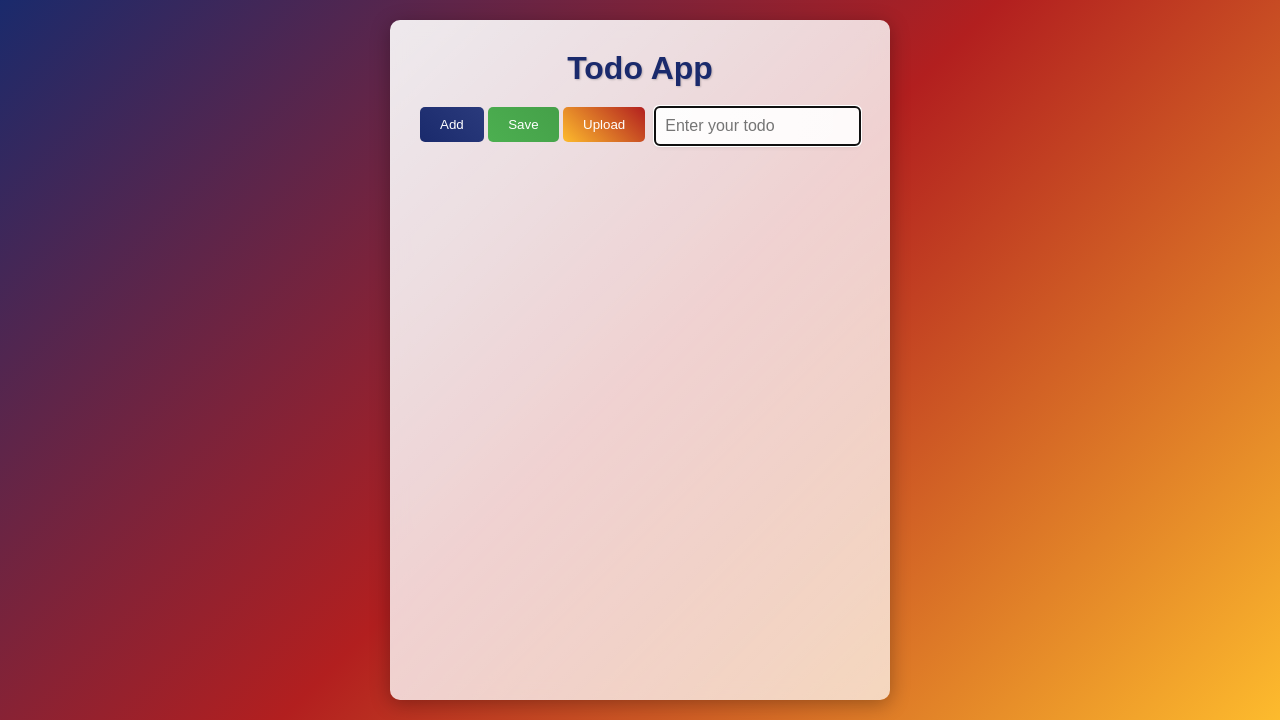
Repository: Teycir/todo-app
Page: index.html
An editor plug-in stored every save of this project. The page is shown before and after the next save, followed by the edit.
The browser window is 1280 px wide. The pictures show the whole page.

Above is the page before, as saved 2024-11-07 18:21:16.

### index.html
<!DOCTYPE html>
<html lang="en">
<head>
    <meta charset="UTF-8">
    <meta name="viewport" content="width=device-width, initial-scale=1.0">
    <title>Todo App</title>
    <link rel="stylesheet" href="style.css">
</head>
<body>
    <div class="container">
        <h1>Todo App</h1>
        <div class="input-section">
            <div class="button-group">
                <button id="addTodo">Add</button>
                <button id="saveTodo">Save</button>
                <button id="uploadTodo">Upload</button>
            </div>
            <input type="text" id="todoInput" placeholder="Enter your todo">
        </div>
        <ul id="todoList"></ul>
    </div>
    <script src="script.js"></script>
</body>
</html>

### style.css
* {
    margin: 0;
    padding: 0;
    box-sizing: border-box;
    font-family: Arial, sans-serif;
}

body {
    background: linear-gradient(135deg, #1a2a6c, #b21f1f, #fdbb2d);
    min-height: 100vh;
    display: flex;
    justify-content: center;
    padding: 20px;
}

.container {
    background: linear-gradient(135deg,
        rgba(255, 255, 255, 0.9),
        rgba(255, 255, 255, 0.8) 50%,
        rgba(255, 255, 255, 0.7)
    );
    padding: 30px;
    border-radius: 10px;
    box-shadow: 0 4px 20px rgba(0, 0, 0, 0.3);
    backdrop-filter: blur(10px);
    width: 100%;
    max-width: 500px;
}

h1 {
    color: #1a2a6c;
    text-align: center;
    margin-bottom: 20px;
    text-shadow: 1px 1px 2px rgba(0, 0, 0, 0.2);
}

.input-section {
    display: flex;
    gap: 10px;
    margin-bottom: 20px;
    flex-wrap: wrap;
}

#todoInput {
    flex: 1;
    min-width: 200px;
    padding: 10px;
    border: none;
    border-radius: 5px;
    font-size: 16px;
    background: linear-gradient(to right, rgba(255, 255, 255, 0.95), rgba(255, 255, 255, 0.9));
    box-shadow: 0 2px 5px rgba(0, 0, 0, 0.1);
}

#addTodo, #saveTodo, #uploadTodo {
    padding: 10px 20px;
    color: white;
    border: none;
    border-radius: 5px;
    cursor: pointer;
    transition: transform 0.2s, box-shadow 0.2s;
}

#addTodo {
    background: linear-gradient(45deg, #1a2a6c, #2a3a7c);
}

#saveTodo {
    background: linear-gradient(45deg, #4CAF50, #45a049);
}

#uploadTodo {
    background: linear-gradient(45deg, #fdbb2d, #b21f1f);
}

#todoList {
    list-style: none;
}

.todo-item {
    display: flex;
    align-items: center;
    padding: 10px;
    background: linear-gradient(to right, rgba(255, 255, 255, 0.95), rgba(255, 255, 255, 0.85));
    margin-bottom: 8px;
    border-radius: 5px;
    transition: all 0.3s;
    box-shadow: 0 2px 5px rgba(0, 0, 0, 0.1);
}

.todo-item:hover {
    background: linear-gradient(to right, rgba(255, 255, 255, 0.98), rgba(255, 255, 255, 0.9));
    transform: translateX(5px);
}

.todo-item.completed {
    background: linear-gradient(to right, rgba(232, 245, 233, 0.9), rgba(232, 245, 233, 0.8));
    text-decoration: line-through;
    color: #666;
}

.todo-item input[type="checkbox"] {
    margin-right: 10px;
    cursor: pointer;
}

.todo-text {
    flex: 1;
    color: #1a2a6c;
}

.delete-btn {
    padding: 5px 10px;
    background: linear-gradient(45deg, #b21f1f, #c52f2f);
    color: white;
    border: none;
    border-radius: 3px;
    cursor: pointer;
    transition: transform 0.2s, box-shadow 0.2s;
}

/* Common button hover styles */
#addTodo:hover, #saveTodo:hover, #uploadTodo:hover, .delete-btn:hover {
    box-shadow: 0 4px 8px rgba(0, 0, 0, 0.3);
    filter: brightness(1.1);
}

/* Button active state */
#addTodo:active, #saveTodo:active, #uploadTodo:active, .delete-btn:active {
    transform: scale(0.95);
    box-shadow: 0 2px 4px rgba(0, 0, 0, 0.3);
}

### script.js
document.addEventListener('DOMContentLoaded', () => {
    const todoInput = document.getElementById('todoInput');
    const addTodoBtn = document.getElementById('addTodo');
    const saveTodoBtn = document.getElementById('saveTodo');
    const uploadTodoBtn = document.getElementById('uploadTodo');
    const todoList = document.getElementById('todoList');

    // Load todos from localStorage
    let todos = JSON.parse(localStorage.getItem('todos')) || [];

    // Function to save todos to txt file on Desktop
    async function saveTodosTxt() {
        const todoText = todos.map(todo =>
            `[${todo.completed ? 'x' : ' '}] ${todo.text}`
        ).join('\n');

        try {
            const blob = new Blob([todoText], { type: 'text/plain' });
            const handle = await window.showSaveFilePicker({
                suggestedName: 'todos.txt',
                startIn: 'desktop',
                types: [{
                    description: 'Text Files',
                    accept: { 'text/plain': ['.txt'] },
                }],
            });
            const writable = await handle.createWritable();
            await writable.write(blob);
            await writable.close();
        } catch (err) {
            console.error('Failed to save todos to file:', err);
        }
    }

    // Add ripple effect to buttons
    function createRipple(event) {
        const button = event.currentTarget;
        const ripple = document.createElement('span');
        const rect = button.getBoundingClientRect();

        const diameter = Math.max(rect.width, rect.height);
        const radius = diameter / 2;

        ripple.style.width = ripple.style.height = `${diameter}px`;
        ripple.style.left = `${event.clientX - rect.left - radius}px`;
        ripple.style.top = `${event.clientY - rect.top - radius}px`;
        ripple.className = 'ripple';

        // Remove existing ripples
        const existingRipple = button.querySelector('.ripple');
        if (existingRipple) {
            existingRipple.remove();
        }

        button.appendChild(ripple);

        // Remove ripple after animation
        setTimeout(() => ripple.remove(), 600);
    }

    // Add hover effects to buttons
    function addButtonEffects(button) {
        button.addEventListener('mouseover', () => {
            button.style.transform = 'scale(1.05) rotate(1deg)';
        });

        button.addEventListener('mouseout', () => {
            button.style.transform = 'scale(1) rotate(0deg)';
        });

        button.addEventListener('click', createRipple);
    }

    // Render existing todos
    function renderTodos() {
        todoList.innerHTML = '';
        todos.forEach((todo, index) => {
            const li = document.createElement('li');
            li.className = `todo-item ${todo.completed ? 'completed' : ''}`;

            li.innerHTML = `
                <input type="checkbox" ${todo.completed ? 'checked' : ''}>
                <span class="todo-text">${todo.text}</span>
                <button class="delete-btn">Delete</button>
            `;

            // Toggle completion
            const checkbox = li.querySelector('input[type="checkbox"]');
            checkbox.addEventListener('change', () => {
                todos[index].completed = checkbox.checked;
                li.classList.toggle('completed');
                saveTodos();
            });

            // Delete todo
            const deleteBtn = li.querySelector('.delete-btn');
            addButtonEffects(deleteBtn);
            deleteBtn.addEventListener('click', () => {
                li.style.transform = 'translateX(100px)';
                li.style.opacity = '0';
                setTimeout(() => {
                    todos.splice(index, 1);
                    renderTodos();
                    saveTodos();
                }, 300);
            });

            todoList.appendChild(li);
        });
    }

    // Save todos to localStorage only
    function saveTodos() {
        localStorage.setItem('todos', JSON.stringify(todos));
    }

    // Load todos from txt file
    async function loadTodosFromFile() {
        try {
            const [fileHandle] = await window.showOpenFilePicker({
                types: [{
                    description: 'Text Files',
                    accept: { 'text/plain': ['.txt'] },
                }],
            });
            const file = await fileHandle.getFile();
            const content = await file.text();

            // Parse the txt file content
            todos = content.split('\n').map(line => ({
                text: line.substring(4),
                completed: line.startsWith('[x]')
            })).filter(todo => todo.text);

            renderTodos();
            saveTodos();
        } catch (err) {
            console.error('Failed to load todos from file:', err);
        }
    }

    // Add new todo
    function addTodo() {
        const text = todoInput.value.trim();
        if (text) {
            todos.push({
                text,
                completed: false
            });
            todoInput.value = '';
            renderTodos();
            saveTodos();
            todoInput.focus();
        }
    }

    // Add effects to buttons
    addButtonEffects(addTodoBtn);
    addButtonEffects(saveTodoBtn);
    addButtonEffects(uploadTodoBtn);

    // Event listeners
    addTodoBtn.addEventListener('click', addTodo);
    saveTodoBtn.addEventListener('click', saveTodosTxt);
    uploadTodoBtn.addEventListener('click', loadTodosFromFile);

    todoInput.addEventListener('keypress', (e) => {
        if (e.key === 'Enter') {
            addTodo();
        }
    });

    // Add ripple styles
    const style = document.createElement('style');
    style.textContent = `
        .ripple {
            position: absolute;
            background: rgba(255, 255, 255, 0.7);
            border-radius: 50%;
            transform: scale(0);
            animation: ripple 0.6s linear;
            pointer-events: none;
        }

        @keyframes ripple {
            to {
                transform: scale(4);
                opacity: 0;
            }
        }

        .todo-item {
            transition: transform 0.3s, opacity 0.3s;
        }

        .delete-btn, #addTodo, #saveTodo, #uploadTodo {
            position: relative;
            overflow: hidden;
            transform: scale(1) rotate(0deg);
            transition: transform 0.3s, box-shadow 0.3s;
        }
    `;
    document.head.appendChild(style);

    // Initial render
    renderTodos();
    todoInput.focus();
});

After the next save:
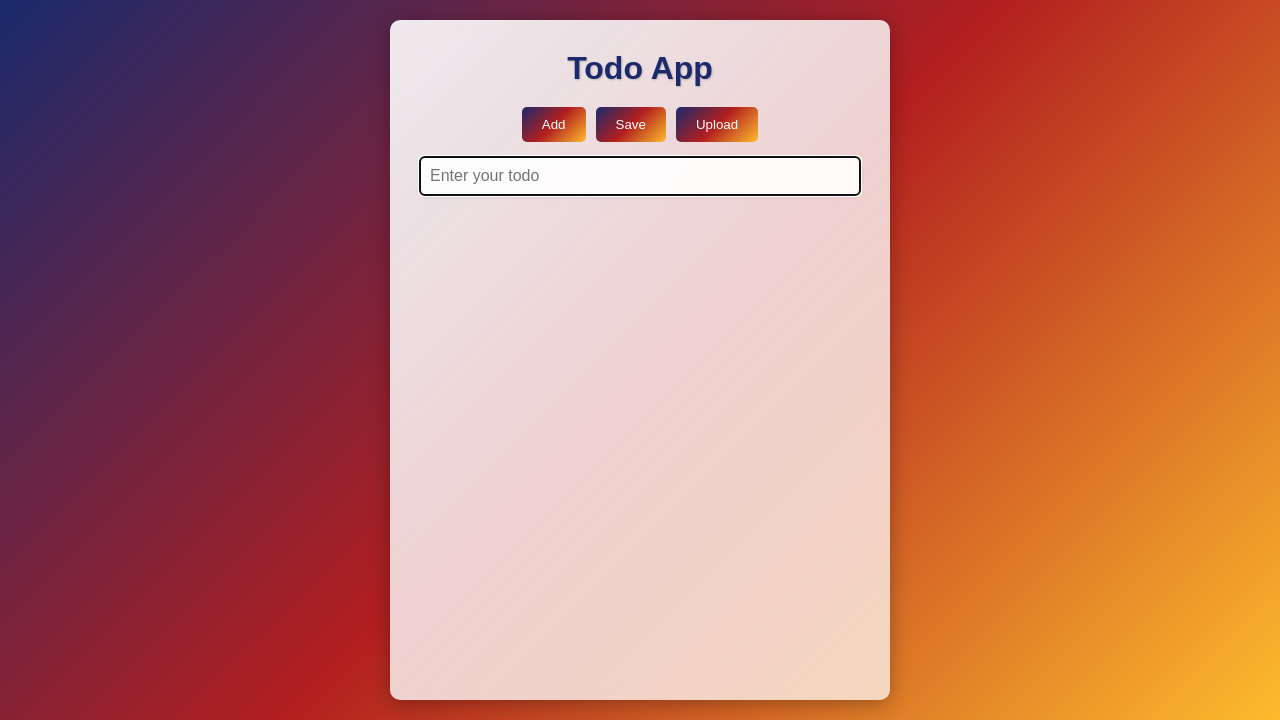
Saved 38 s later.
--- a/style.css
+++ b/style.css
@@ -36,14 +36,20 @@ h1 {
 
 .input-section {
     display: flex;
+    flex-direction: column;
+    gap: 15px;
+    margin-bottom: 20px;
+}
+
+.button-group {
+    display: flex;
+    justify-content: center;
     gap: 10px;
-    margin-bottom: 20px;
     flex-wrap: wrap;
 }
 
 #todoInput {
-    flex: 1;
-    min-width: 200px;
+    width: 100%;
     padding: 10px;
     border: none;
     border-radius: 5px;
@@ -59,18 +65,7 @@ h1 {
     border-radius: 5px;
     cursor: pointer;
     transition: transform 0.2s, box-shadow 0.2s;
-}
-
-#addTodo {
-    background: linear-gradient(45deg, #1a2a6c, #2a3a7c);
-}
-
-#saveTodo {
-    background: linear-gradient(45deg, #4CAF50, #45a049);
-}
-
-#uploadTodo {
-    background: linear-gradient(45deg, #fdbb2d, #b21f1f);
+    background: linear-gradient(135deg, #1a2a6c, #b21f1f, #fdbb2d);
 }
 
 #todoList {
